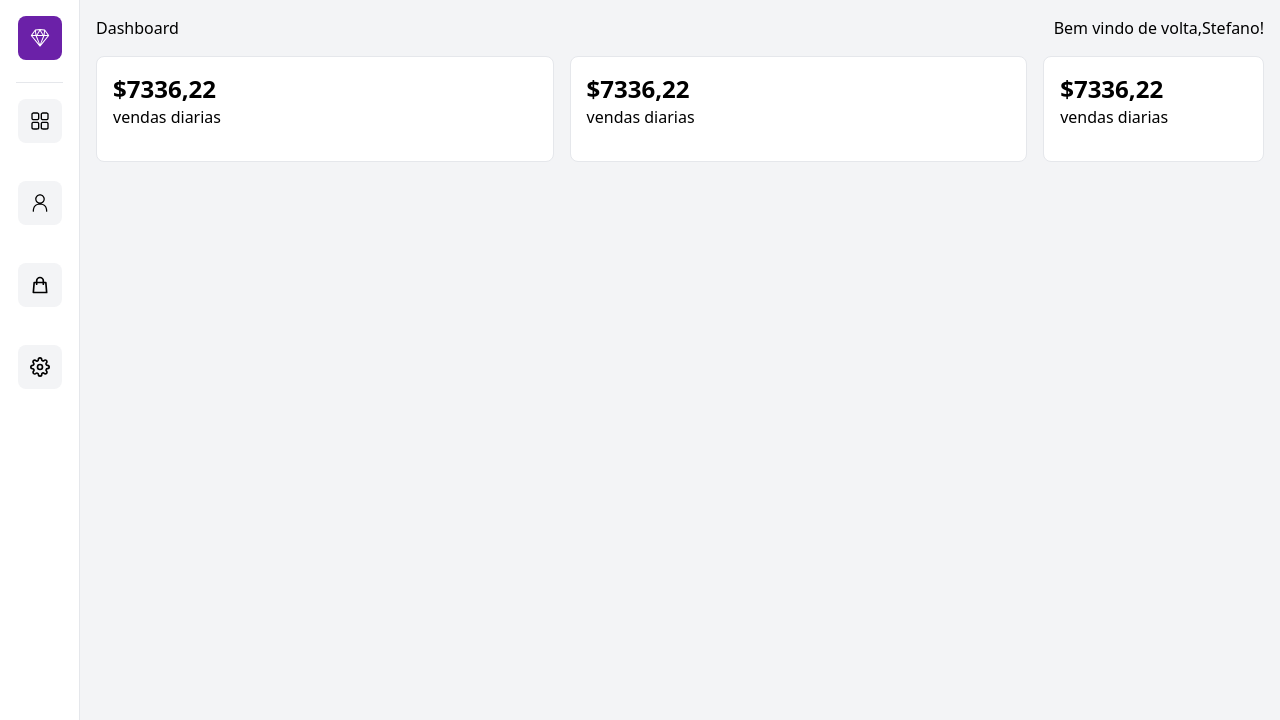
Repository: stefanosousaa/dashboard-next13
Page: /
An editor plug-in stored every save of this project. The page is shown before and after the next save, followed by the edit.
The browser window is 1280 px wide. The pictures show the whole page.
The project was rebuilt for these pictures with package versions that can differ from the ones it lists, and the page was loaded fresh each time. The framework's server and built-in components were replaced by stand-ins that run in the browser. Also part of the build but not shown: next.config.js.

Above is the page before, as saved 2023-05-11 23:22:19.

After the next save:
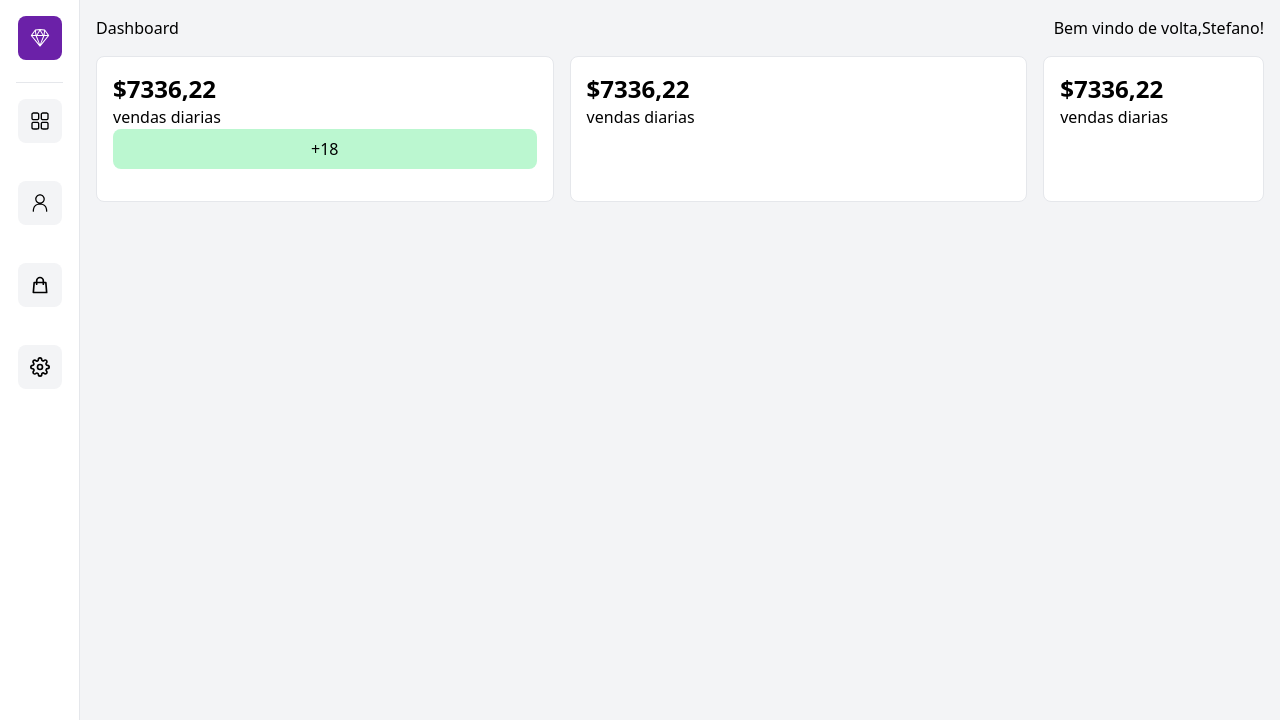
Saved 40 h 15 min later.
--- a/components/TopCards.jsx
+++ b/components/TopCards.jsx
@@ -7,6 +7,9 @@ const TopCards = () => {
            <div className='flex flex-col w-full pb-4'>
             <p className='text-2xl font-bold'>$7336,22</p>
             <p>vendas diarias</p>
+            <p className='bg-green-200 flex justify-center items-center p-2  rounded-lg'>
+                <span>+18</span>
+            </p>
            </div>
         </div>
         <div className='lg:col-span-2 col-span-1 bg-white flex justify-between w-full border p-4 rounded-lg'>
